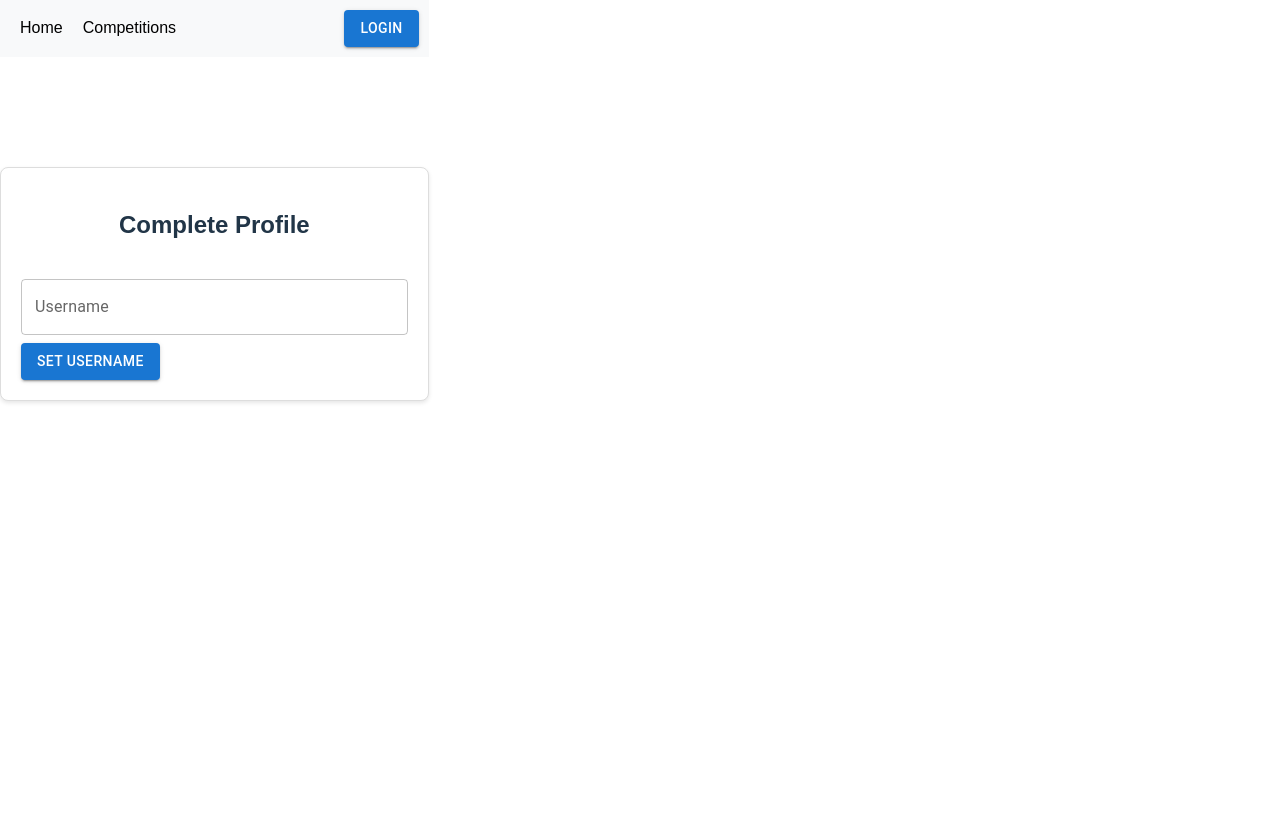
Repository: BWei22/wecube
Page: /complete-profile
The author's editor kept a copy of each file at every save. The page is drawn from the files as they stood at one save, then again after the next save.
The browser window is 1280 px wide. The pictures show the whole page.
The project was rebuilt for these pictures with package versions that can differ from the ones it lists, and the page was loaded fresh each time. Also part of the build but not shown: vite.config.js, src/pages/Home.css, src/pages/Home.jsx, src/pages/Competitions.css, src/pages/Competitions.jsx, src/pages/Listings.jsx, src/pages/CreateListing.jsx, src/pages/ListingDetails.css and 12 more.

Above is the page before, as saved 2024-08-07 01:03:59.

After the next save:
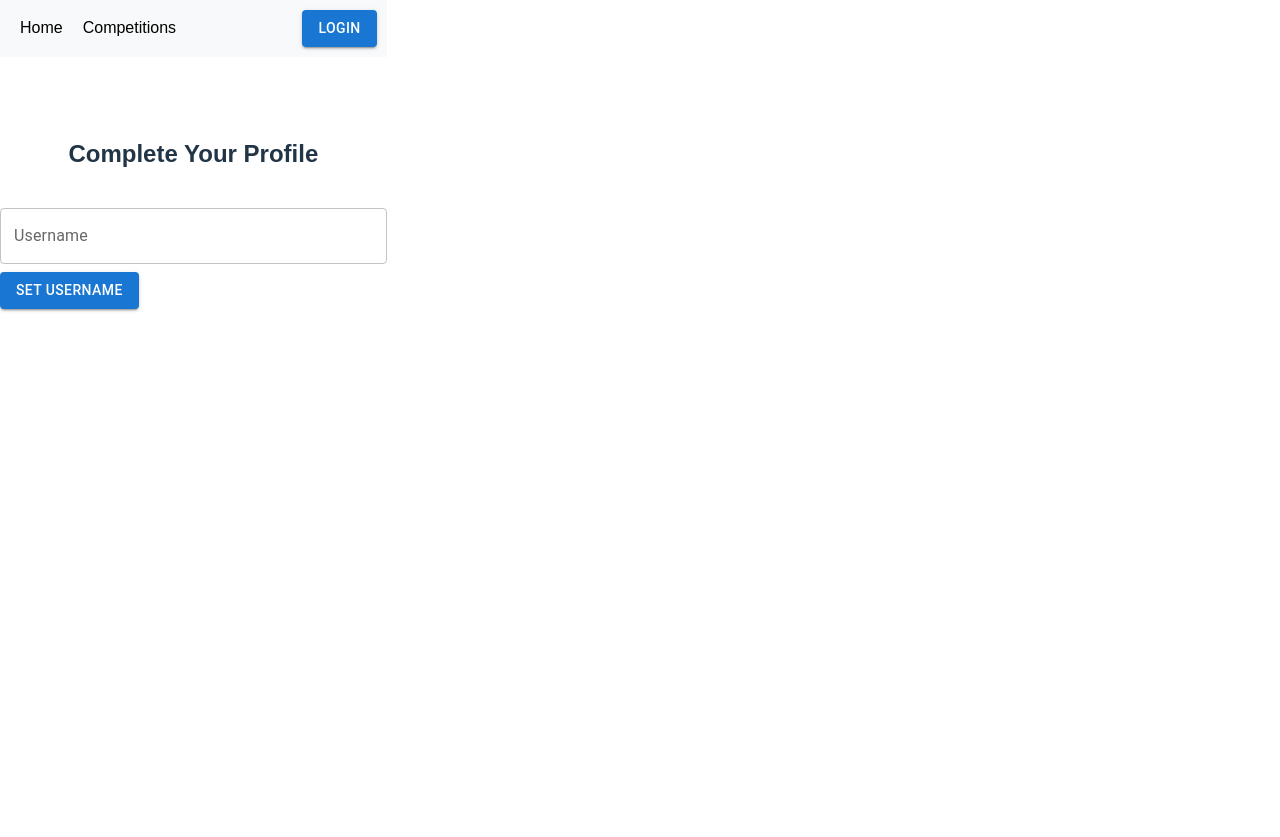
Saved 10 h 5 min later.
--- a/src/pages/CompleteProfile.jsx
+++ b/src/pages/CompleteProfile.jsx
@@ -1,48 +1,41 @@
-// src/pages/CompleteProfile.jsx
+// CompleteProfile.jsx
 import React, { useState } from 'react';
 import { useNavigate } from 'react-router-dom';
 import { useAuth } from '../hooks/useAuth';
-import { Button, TextField } from '@mui/material';
-import { collection, query, where, getDocs, doc, setDoc } from 'firebase/firestore';
 import { db } from '../firebaseConfig';
-import './AuthComponent.css';
+import { collection, query, where, getDocs, setDoc, doc } from 'firebase/firestore';
+import Button from '@mui/material/Button';
+import TextField from '@mui/material/TextField';
 
 const CompleteProfile = () => {
+  const [username, setUsername] = useState('');
+  const [error, setError] = useState('');
   const auth = useAuth();
   const navigate = useNavigate();
-  const [username, setUsername] = useState('');
-  const [error, setError] = useState('');
 
   const handleSetUsername = async () => {
-    if (!username) {
-      setError('Username is required');
-      return;
-    }
-
-    // Check if username already exists
-    const q = query(collection(db, 'users'), where('username', '==', username));
-    const querySnapshot = await getDocs(q);
-
-    if (!querySnapshot.empty) {
-      setError('Username already exists. Please choose another one.');
-      return;
-    }
-
-    const userDocRef = doc(db, 'users', auth.user.uid);
+    if (!auth.user) return;
 
     try {
-      await setDoc(userDocRef, { username });
-      auth.setUsername(username);
+      const usernamesRef = collection(db, 'users');
+      const q = query(usernamesRef, where('username', '==', username));
+      const querySnapshot = await getDocs(q);
+
+      if (!querySnapshot.empty) {
+        setError('Username already exists. Please choose a different one.');
+        return;
+      }
+
+      await setDoc(doc(db, 'users', auth.user.uid), { username, uid: auth.user.uid });
       navigate('/competitions');
     } catch (error) {
-      console.error('Error setting username:', error);
-      setError('Error setting username');
+      setError('Error setting username: ' + error.message);
     }
   };
 
   return (
-    <div className="auth-container">
-      <h2>Complete Profile</h2>
+    <div className="complete-profile-container">
+      <h2>Complete Your Profile</h2>
       <TextField
         label="Username"
         variant="outlined"
@@ -51,7 +44,7 @@
         value={username}
         onChange={(e) => setUsername(e.target.value)}
       />
-      {error && <p className="error">{error}</p>}
+      {error && <p style={{ color: 'red' }}>{error}</p>}
       <Button onClick={handleSetUsername} variant="contained" color="primary">
         Set Username
       </Button>

After the save that followed:
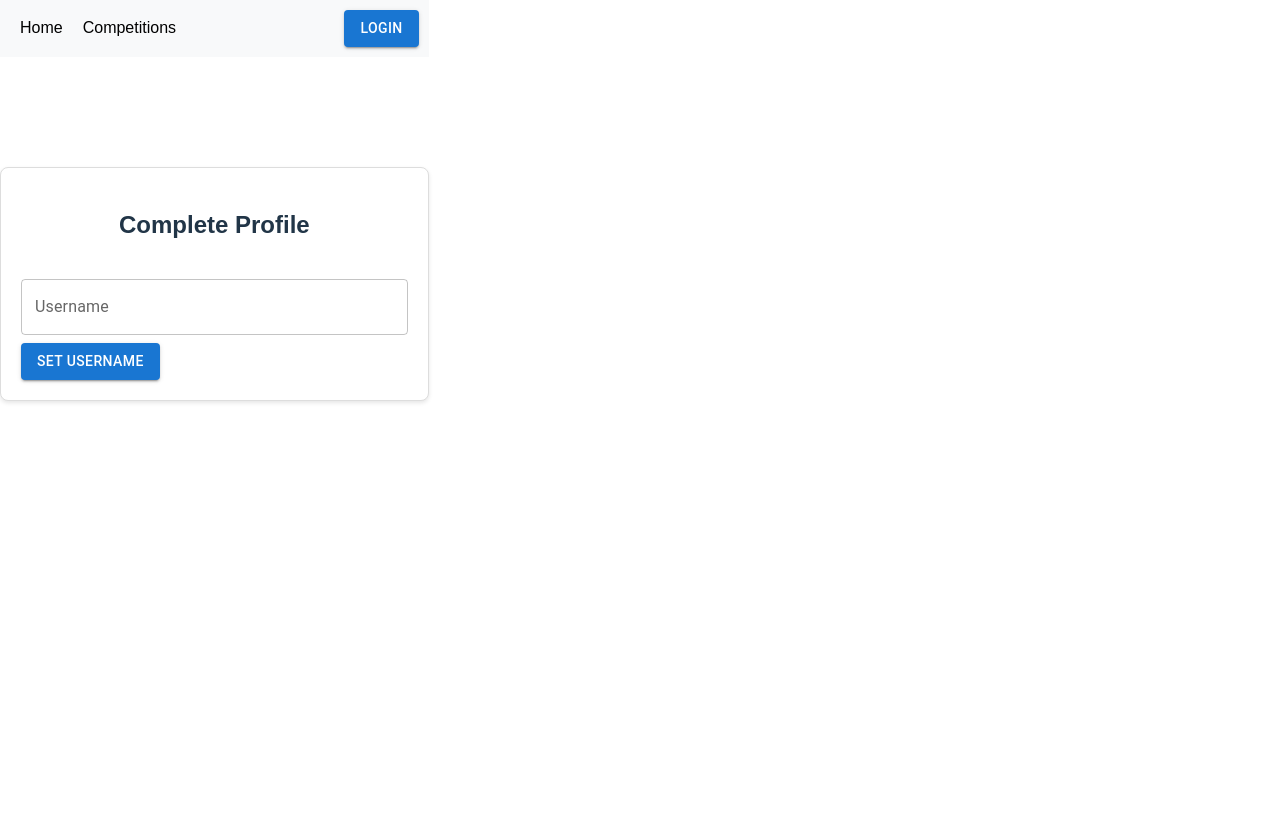
Saved 44 s later.
--- a/src/pages/CompleteProfile.jsx
+++ b/src/pages/CompleteProfile.jsx
@@ -1,41 +1,48 @@
-// CompleteProfile.jsx
+// src/pages/CompleteProfile.jsx
 import React, { useState } from 'react';
 import { useNavigate } from 'react-router-dom';
 import { useAuth } from '../hooks/useAuth';
+import { Button, TextField } from '@mui/material';
+import { collection, query, where, getDocs, doc, setDoc } from 'firebase/firestore';
 import { db } from '../firebaseConfig';
-import { collection, query, where, getDocs, setDoc, doc } from 'firebase/firestore';
-import Button from '@mui/material/Button';
-import TextField from '@mui/material/TextField';
+import './AuthComponent.css';
 
 const CompleteProfile = () => {
+  const auth = useAuth();
+  const navigate = useNavigate();
   const [username, setUsername] = useState('');
   const [error, setError] = useState('');
-  const auth = useAuth();
-  const navigate = useNavigate();
 
   const handleSetUsername = async () => {
-    if (!auth.user) return;
+    if (!username) {
+      setError('Username is required');
+      return;
+    }
+
+    // Check if username already exists
+    const q = query(collection(db, 'users'), where('username', '==', username));
+    const querySnapshot = await getDocs(q);
+
+    if (!querySnapshot.empty) {
+      setError('Username already exists. Please choose another one.');
+      return;
+    }
+
+    const userDocRef = doc(db, 'users', auth.user.uid);
 
     try {
-      const usernamesRef = collection(db, 'users');
-      const q = query(usernamesRef, where('username', '==', username));
-      const querySnapshot = await getDocs(q);
-
-      if (!querySnapshot.empty) {
-        setError('Username already exists. Please choose a different one.');
-        return;
-      }
-
-      await setDoc(doc(db, 'users', auth.user.uid), { username, uid: auth.user.uid });
+      await setDoc(userDocRef, { username });
+      auth.setUsername(username);
       navigate('/competitions');
     } catch (error) {
-      setError('Error setting username: ' + error.message);
+      console.error('Error setting username:', error);
+      setError('Error setting username');
     }
   };
 
   return (
-    <div className="complete-profile-container">
-      <h2>Complete Your Profile</h2>
+    <div className="auth-container">
+      <h2>Complete Profile</h2>
       <TextField
         label="Username"
         variant="outlined"
@@ -44,7 +51,7 @@
         value={username}
         onChange={(e) => setUsername(e.target.value)}
       />
-      {error && <p style={{ color: 'red' }}>{error}</p>}
+      {error && <p className="error">{error}</p>}
       <Button onClick={handleSetUsername} variant="contained" color="primary">
         Set Username
       </Button>
